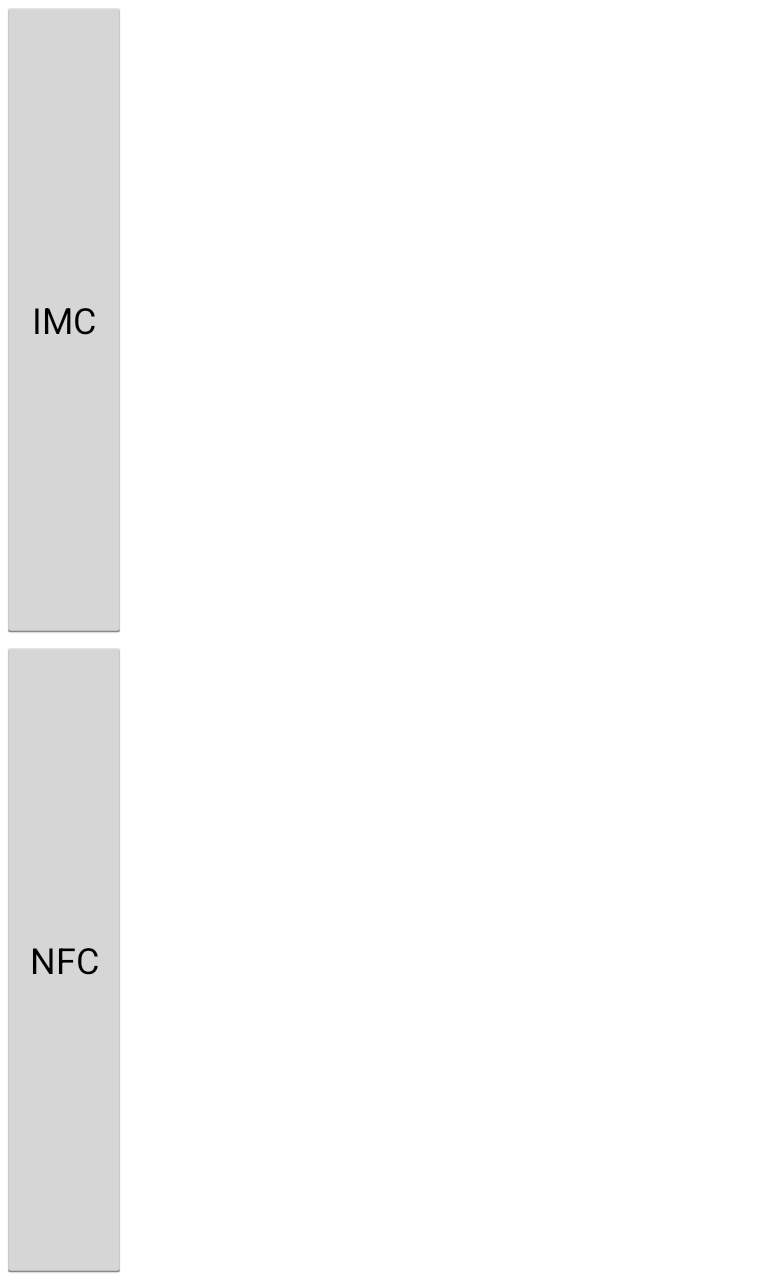
Repository: BlackyFox/PST4-NFC
Layout: Antoine/App_test/res/layout/activity_imc.xml
These files come from the project's save history. The layout is drawn as it stood at one moment and after the next save; the edit follows.
It is drawn on a 768 x 1280 px phone screen (xhdpi) without system bars, with theme AppTheme; the app's code is not run.

Above is the layout before, as saved 2014-11-11 18:21:51.

After the next save:
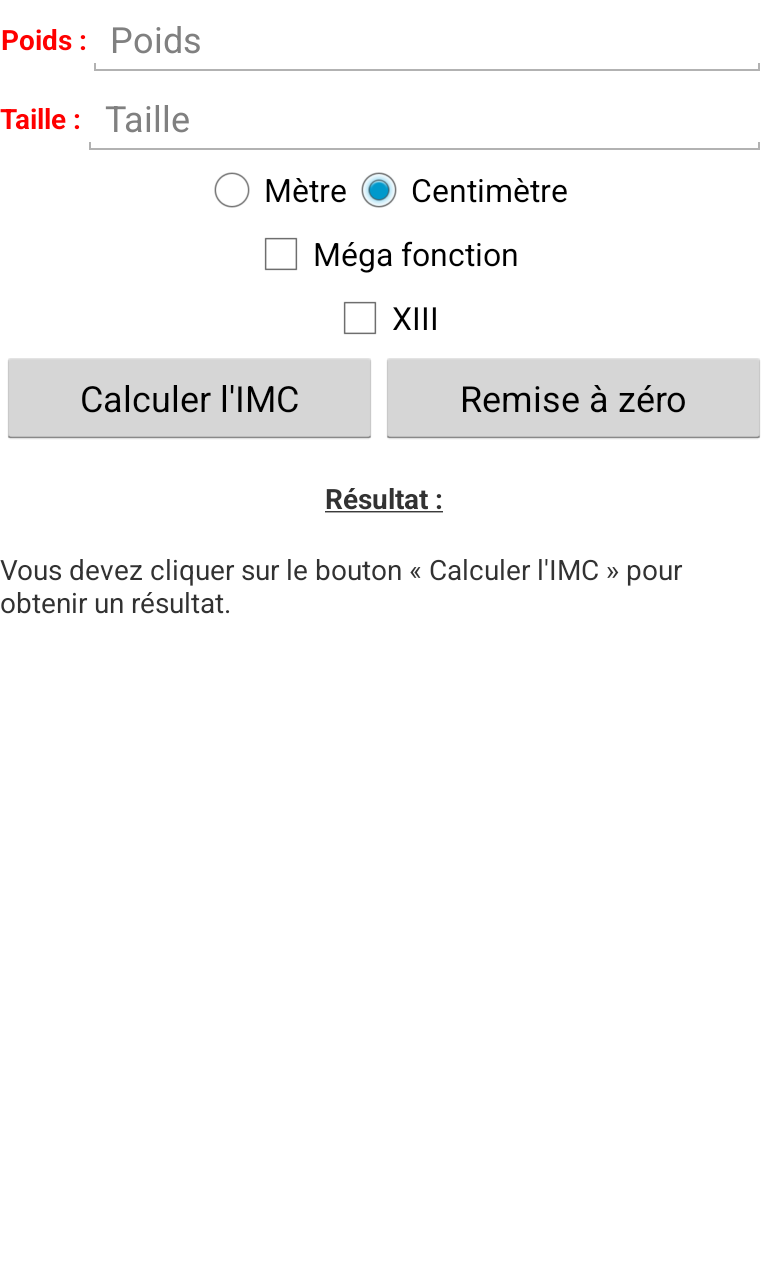
Saved 3 s later.
--- a/Antoine/App_test/res/layout/activity_imc.xml
+++ b/Antoine/App_test/res/layout/activity_imc.xml
@@ -3,19 +3,132 @@
   android:layout_width="fill_parent"
   android:layout_height="fill_parent"
   android:orientation="vertical">
+  <LinearLayout
+      android:layout_width="fill_parent"
+      android:layout_height="wrap_content"
+      android:orientation="horizontal">
 
-  	<Button
-    	android:id="@+id/b_imc"
-        android:layout_width="wrap_content"
-        android:layout_height="wrap_content"
-        android:text="@string/b_imc"
-        android:layout_weight="1"
+      <TextView
+          android:layout_width="wrap_content"
+          android:layout_height="fill_parent"
+          android:text="@string/poids"
+          android:textStyle="bold"
+          android:textColor="#FF0000"
+          android:gravity="center"/>
+      <EditText
+          android:id="@+id/poids"
+          android:layout_width="fill_parent"
+          android:layout_height="wrap_content"
+          android:hint="@string/hint_poids"
+          android:inputType="numberDecimal"/>
+  </LinearLayout>
+
+    <LinearLayout
+      android:layout_width="fill_parent"
+      android:layout_height="wrap_content"
+      android:orientation="horizontal">
+
+        <TextView
+          android:layout_width="wrap_content"
+          android:layout_height="fill_parent"
+          android:text="@string/taille"
+          android:textStyle="bold"
+          android:textColor="#FF0000"
+          android:gravity="center"/>
+        <EditText
+          android:id="@+id/taille"
+          android:layout_width="fill_parent"
+          android:layout_height="wrap_content"
+          android:hint="@string/hint_taille"
+          android:inputType="numberDecimal"/>
+    </LinearLayout>
+<RelativeLayout
+  android:layout_width="wrap_content"
+  android:layout_height="wrap_content"
+  android:layout_gravity="center">
+
+  <RadioGroup
+    android:id="@+id/group"
+    android:layout_width="wrap_content"
+    android:layout_height="wrap_content"
+    android:checkedButton="@+id/radio2"
+    android:orientation="horizontal">
+    <RadioButton
+      android:id="@+id/radio1"
+      android:layout_width="wrap_content"
+      android:layout_height="wrap_content"
+      android:text="@string/m"
     />
-  	      <Button
-          android:id="@+id/b_nfc"
+    <RadioButton
+      android:id="@+id/radio2"
+      android:layout_width="wrap_content"
+      android:layout_height="wrap_content"
+      android:text="@string/cm"
+    />
+  </RadioGroup>
+    </RelativeLayout>
+    <RelativeLayout
+  android:layout_width="wrap_content"
+  android:layout_height="wrap_content"
+  android:layout_gravity="center">
+  <CheckBox
+    android:id="@+id/mega"
+    android:layout_width="wrap_content"
+    android:layout_height="wrap_content"
+    android:text="@string/mega"
+  />
+    </RelativeLayout>
+        <RelativeLayout
+  android:layout_width="wrap_content"
+  android:layout_height="wrap_content"
+  android:layout_gravity="center">
+  <CheckBox
+    android:id="@+id/xiii"
+    android:layout_width="wrap_content"
+    android:layout_height="wrap_content"
+    android:text="@string/xiii"
+  />
+    </RelativeLayout>
+  <LinearLayout
+      android:layout_width="fill_parent"
+      android:layout_height="wrap_content"
+      android:orientation="horizontal">
+
+      <Button
+          android:id="@+id/calcul"
           android:layout_width="wrap_content"
           android:layout_height="wrap_content"
-          android:text="@string/b_nfc"
+          android:text="@string/calcul"
           android:layout_weight="1"
-          />
+          /><!--
+          android:background="?android:attr/selectableItemBackground"
+          bug 1 fois sur 2 -->
+      <Button
+          android:id="@+id/raz"
+          android:layout_width="wrap_content"
+          android:layout_height="wrap_content"
+          android:text="@string/raz"
+          android:layout_weight="1"/><!--
+
+          android:background="@color/Wheat"
+          android:background="?android:attr/selectableItemBackground"
+           bug 1 fois sur 2 -->
   </LinearLayout>
+<RelativeLayout
+  android:layout_width="wrap_content"
+  android:layout_height="wrap_content"
+  android:layout_gravity="center">
+  <TextView
+    android:layout_width="wrap_content"
+    android:layout_height="wrap_content"
+    android:text="@string/resultat"
+    android:textStyle="bold"
+  />
+  </RelativeLayout>
+  <TextView
+    android:id="@+id/result"
+    android:layout_width="fill_parent"
+    android:layout_height="fill_parent"
+    android:text="@string/result"
+  />
+</LinearLayout>
